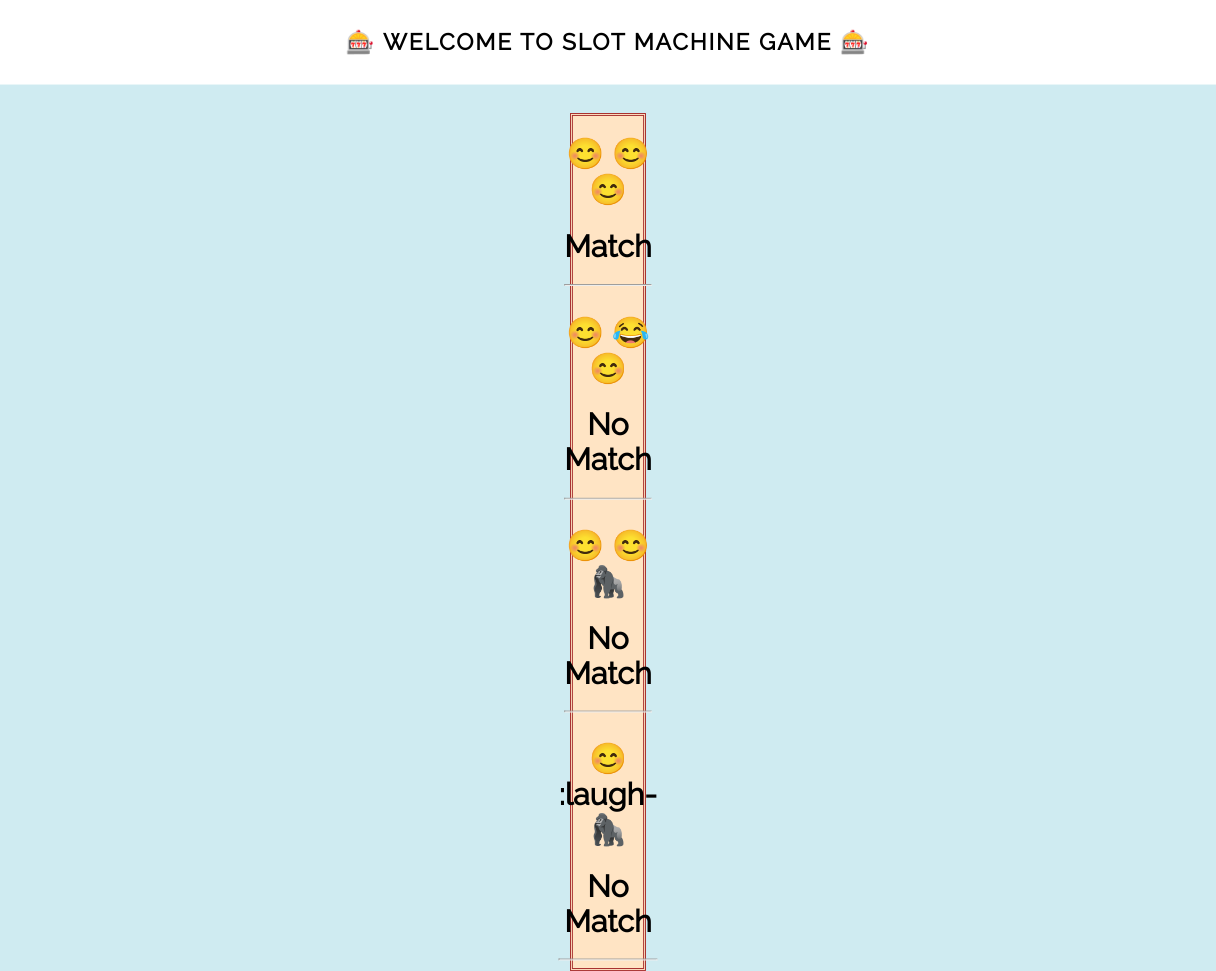
Repository: duggallakshya/slotMachineReact
Page: /
These files come from the project's save history. The page is drawn as it stood at one moment and after a run of saves; the edit follows.
The browser window is 1280 px wide. The pictures show the whole page, at 95% of full size.
The project was rebuilt for these pictures with package versions that can differ from the ones it lists, and the page was loaded fresh each time.

Above is the page before, as saved 2022-03-23 18:43:09.

After the next 4 saves:
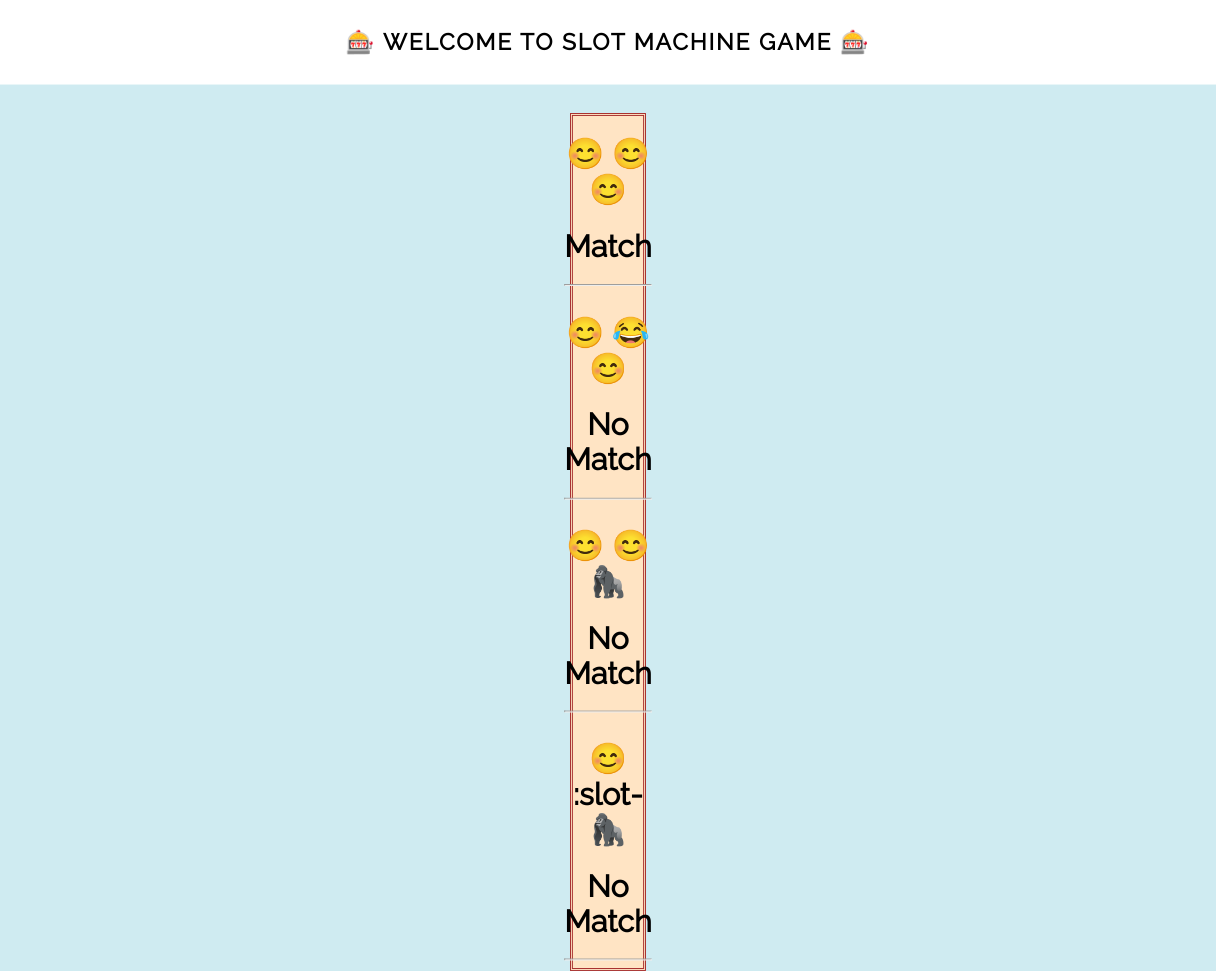
The 4 saves are shown as one change because they came seconds apart.
The last was saved 13 s later.
--- a/src/App.jsx
+++ b/src/App.jsx
@@ -9,7 +9,7 @@
                 <SlotMachine x ='😊' y ='😊' z ='😊'/>
                 <SlotMachine x ='😊' y ='😂' z ='😊'/>
                 <SlotMachine x ='😊' y ='😊' z ='🦍'/>
-                <SlotMachine x ='😊' y =':laugh-' z ='🦍'/>
+                <SlotMachine x ='😊' y =':slot-' z ='🦍'/>
             </div>
         </>
     )
